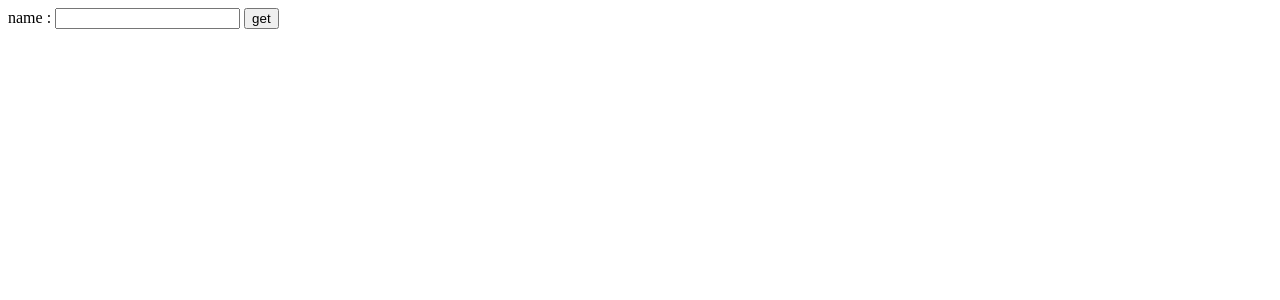
Repository: DongGeunLee99/SMHRD_
Page: 08_JSP/Ex01_GetPost/src/main/webapp/Ex02_GetPost.html
An editor plug-in stored every save of this project. The page is shown before and after the next save, followed by the edit.
The browser window is 1280 px wide. The pictures show the whole page.

Above is the page before, as saved 2025-03-12 05:40:43.

After the next save:
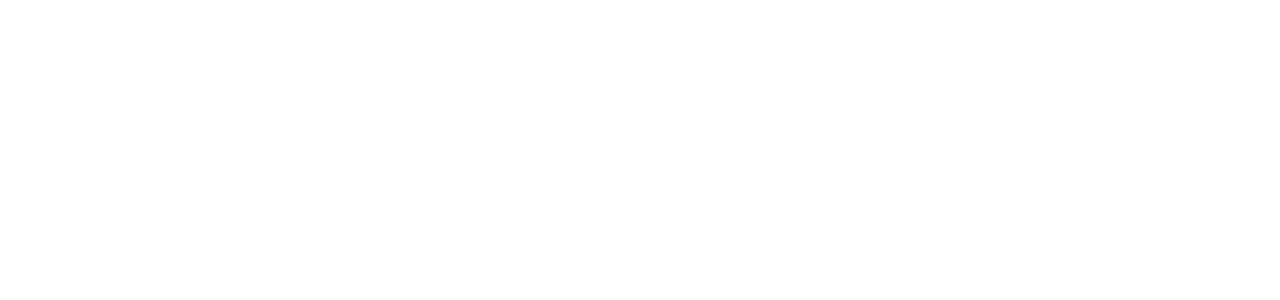
Saved 7 min 3 s later.
--- a/08_JSP/Ex01_GetPost/src/main/webapp/Ex02_GetPost.html
+++ b/08_JSP/Ex01_GetPost/src/main/webapp/Ex02_GetPost.html
@@ -5,7 +5,7 @@
 <title>Insert title here</title>
 </head>
 <body>
-	<form action="Ex02_GetPost">
+	<form action="Ex02_GetPost" method='get>
 		name : <input type="text" name="name">
 		<input type="submit" value="get">
 

After the save that followed:
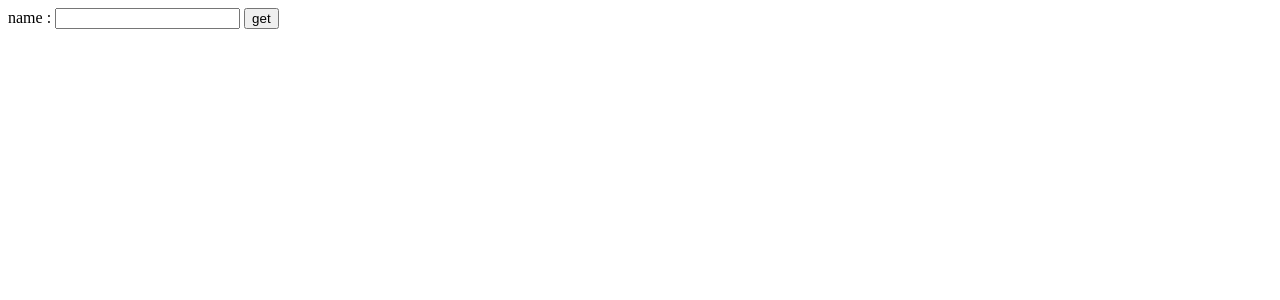
Saved 6 s later.
--- a/08_JSP/Ex01_GetPost/src/main/webapp/Ex02_GetPost.html
+++ b/08_JSP/Ex01_GetPost/src/main/webapp/Ex02_GetPost.html
@@ -5,7 +5,7 @@
 <title>Insert title here</title>
 </head>
 <body>
-	<form action="Ex02_GetPost" method='get>
+	<form action="Ex02_GetPost" method="get">
 		name : <input type="text" name="name">
 		<input type="submit" value="get">
 
